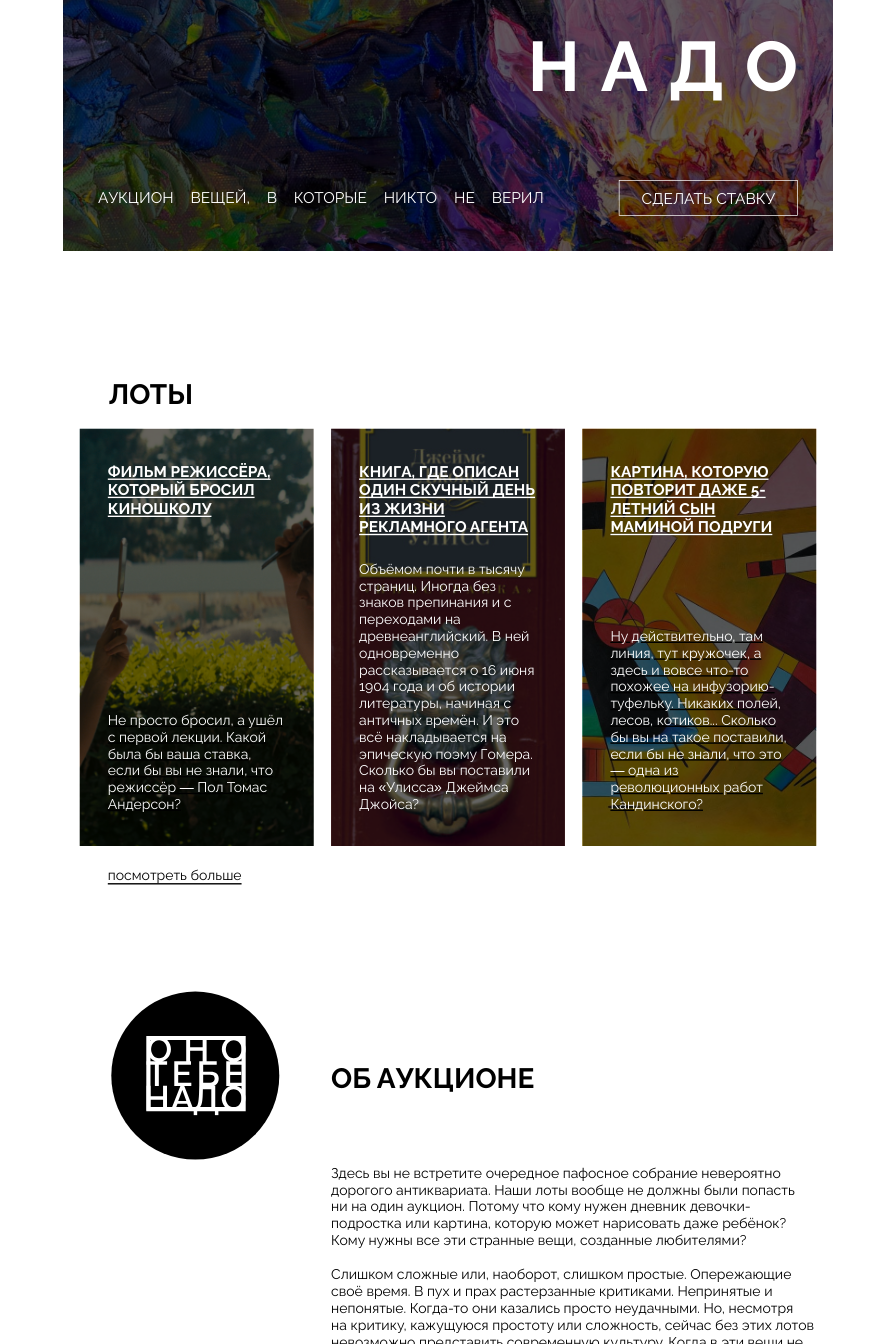
Repository: NikWolf75/ono-tebe-nado-fd
Page: index.html
An editor plug-in stored every save of this project. The page is shown before and after the next save, followed by the edit.
The browser window is 1280 px wide. The pictures show the part of the page from y = 691 to 2611 px (the page is 3027 px tall), at 70% of full size.

Above is the page before, as saved 2024-12-18 15:50:48.

After the next save:
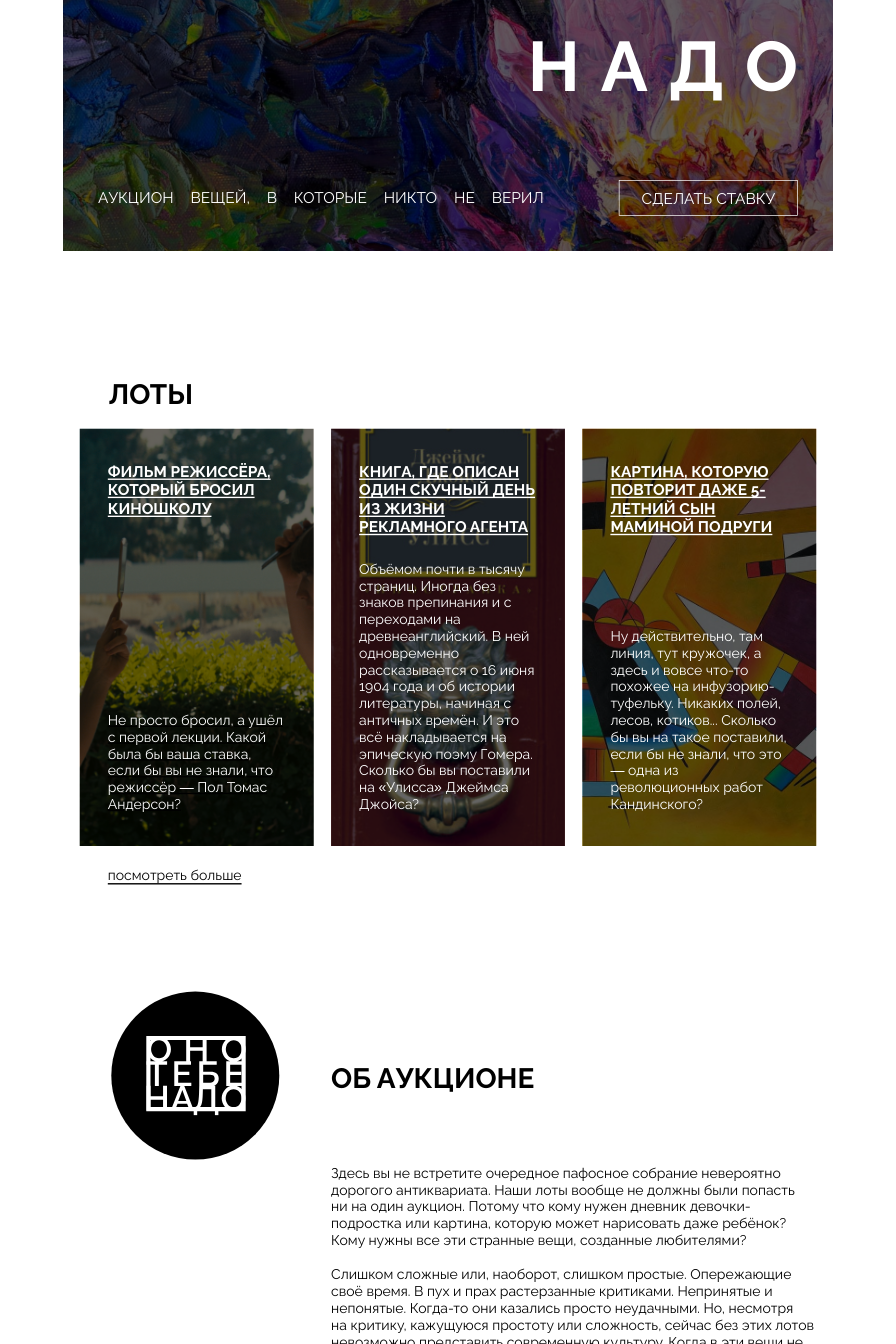
Saved 16 s later.
--- a/index.html
+++ b/index.html
@@ -100,7 +100,6 @@
               </a>
             </li>
             <li class="lots__card-list-item">
-              <a class="card-link" href="main">
                 <article class="card card_type_picture">
                   <div class="overlay"></div>
                   <h3 class="card__title">
